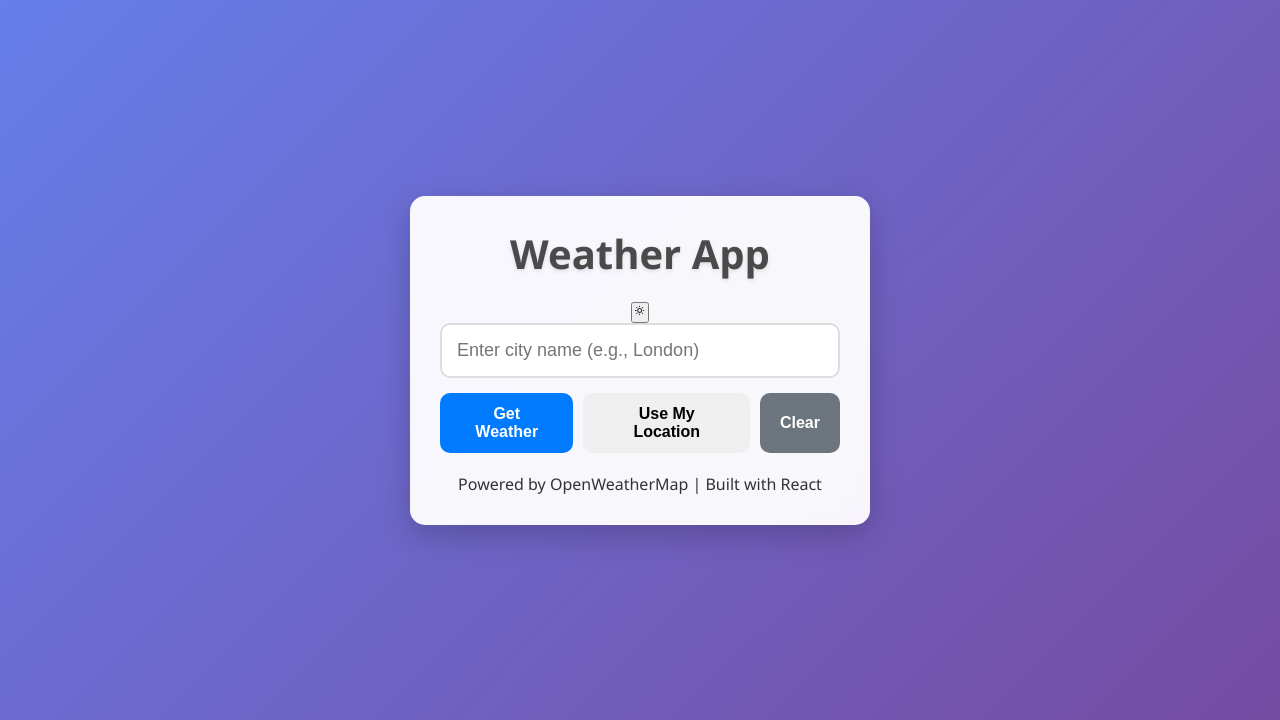
Repository: kalpna-kumari7/weather-app
Page: / (app in weather-app/)
These files come from the project's save history. The page is drawn as it stood at one moment and after a run of saves; the edit follows.
The browser window is 1280 px wide. The pictures show the whole page.
The project was rebuilt for these pictures with package versions that can differ from the ones it lists, and the page was loaded fresh each time. Also part of the build but not shown: weather-app/src/WeatherDisplay.js.

Above is the page before, as saved 2026-01-21 16:49:17.

### weather-app/public/index.html
<!DOCTYPE html>
<html lang="en">
  <head>
    <meta charset="utf-8" />
    <link rel="icon" href="%PUBLIC_URL%/logo192.png" />
    <meta name="viewport" content="width=device-width, initial-scale=1" />
    <meta name="theme-color" content="#000000" />
    <meta
      name="description"
      content="Web site created using create-react-app"
    />
    <link rel="apple-touch-icon" href="%PUBLIC_URL%/logo192.png" />
    <!--
      manifest.json provides metadata used when your web app is installed on a
      user's mobile device or desktop. See https://developers.google.com/web/fundamentals/web-app-manifest/
    -->
    <link rel="manifest" href="%PUBLIC_URL%/manifest.json" />
    <!--
      Notice the use of %PUBLIC_URL% in the tags above.
      It will be replaced with the URL of the `public` folder during the build.
      Only files inside the `public` folder can be referenced from the HTML.

      Unlike "/favicon.ico" or "favicon.ico", "%PUBLIC_URL%/favicon.ico" will
      work correctly both with client-side routing and a non-root public URL.
      Learn how to configure a non-root public URL by running `npm run build`.
    -->
    <title>Weather</title>
  </head>
  <body>
    <noscript>You need to enable JavaScript to run this app.</noscript>
    <div id="root"></div>
    <!--
      This HTML file is a template.
      If you open it directly in the browser, you will see an empty page.

      You can add webfonts, meta tags, or analytics to this file.
      The build step will place the bundled scripts into the <body> tag.

      To begin the development, run `npm start` or `yarn start`.
      To create a production bundle, use `npm run build` or `yarn build`.
    -->
  </body>
</html>

### weather-app/src/App.js
import React, { useState, useEffect } from 'react';
import axios from 'axios';
import WeatherDisplay from './WeatherDisplay';
import { ClipLoader } from 'react-spinners';
import { WiDaySunny, WiNightClear } from 'react-icons/wi';
import './App.css';

const API_KEY = '4e1439739cb3aaf8adabd5b23b4f1970'; // API key
const API_URL = 'https://api.openweathermap.org/data/2.5/weather';


function App() {
  const [city, setCity] = useState('');
  const [weather, setWeather] = useState(null);
  const [error, setError] = useState('');
  const [loading, setLoading] = useState(false);
  const [darkMode, setDarkMode] = useState(false); // New: Dark mode state

  // Toggle dark mode
  const toggleDarkMode = () => {
    setDarkMode(!darkMode);
  };

  // Apply dark mode class to body
  useEffect(() => {
    document.body.className = darkMode ? 'dark' : 'light';
  }, [darkMode]);

  const fetchWeather = async (lat = null, lon = null) => {
    setLoading(true);
    try {
      let url = `${API_URL}?appid=${API_KEY}&units=metric`;
      if (lat && lon) {
        url += `&lat=${lat}&lon=${lon}`;
      } else {
        url += `&q=${city}`;
      }
      const response = await axios.get(url);
      setWeather(response.data);
      setError('');
    } catch (err) {
      setError('Unable to fetch weather. Check city name or try again.');
      setWeather(null);
    } finally {
      setLoading(false);
    }
  };

  const handleSubmit = (e) => {
    e.preventDefault();
    if (city) fetchWeather();
  };

  const handleGeolocation = () => {
    if (navigator.geolocation) {
      navigator.geolocation.getCurrentPosition(
        (position) => {
          const { latitude, longitude } = position.coords;
          fetchWeather(latitude, longitude);
        },
        () => setError('Geolocation access denied. Please enter a city.')
      );
    } else {
      setError('Geolocation not supported by this browser.');
    }
  };

  const handleClear = () => {
    setCity('');
    setWeather(null);
    setError('');
  };

  return (
    <div className="app">
      <div className="container">
        <header>
          <h1>Weather App</h1>
          <button onClick={toggleDarkMode} className="theme-toggle">
            {darkMode ? <WiNightClear /> : <WiDaySunny />}
          </button>
        </header>
        <form onSubmit={handleSubmit} className="form">
          <input
            type="text"
            placeholder="Enter city name (e.g., London)"
            value={city}
            onChange={(e) => setCity(e.target.value)}
            className="input"
          />
          <div className="button-group">
            <button type="submit" className="button primary" disabled={loading}>
              {loading ? 'Fetching...' : 'Get Weather'}
            </button>
            <button type="button" onClick={handleGeolocation} className="button geo">
              Use My Location
            </button>
            <button type="button" onClick={handleClear} className="button secondary">
              Clear
            </button>
          </div>
        </form>
        {loading && <ClipLoader color={darkMode ? '#fff' : '#007bff'} size={50} className="spinner" />}
        {error && (
          <div className="error">
            <span>⚠️</span> {error}
            <button onClick={() => setError('')} className="retry">Dismiss</button>
          </div>
        )}
        {weather && <WeatherDisplay weather={weather} darkMode={darkMode} />}
        <footer>
          <p>Powered by OpenWeatherMap | Built with React</p>
        </footer>
      </div>
    </div>
  );
}

export default App;

### weather-app/src/App.css
/* Global styles */
* {
  box-sizing: border-box;
  margin: 0;
  padding: 0;
}

body {
  font-family: 'Segoe UI', Tahoma, Geneva, Verdana, sans-serif;
  background: linear-gradient(135deg, #667eea 0%, #764ba2 100%); /* Gradient background */
  color: #333;
  min-height: 100vh;
  display: flex;
  align-items: center;
  justify-content: center;
}

.app {
  width: 100%;
  max-width: 500px;
  padding: 20px;
}

.container {
  background: rgba(255, 255, 255, 0.95); /* Semi-transparent white background */
  border-radius: 15px;
  box-shadow: 0 10px 30px rgba(0, 0, 0, 0.2);
  padding: 30px;
  text-align: center;
  backdrop-filter: blur(10px); /* Glassmorphism effect */
}

h1 {
  font-size: 2.5rem;
  margin-bottom: 20px;
  color: #4a4a4a;
  text-shadow: 0 2px 4px rgba(0, 0, 0, 0.1);
}

.form {
  display: flex;
  flex-direction: column;
  gap: 15px;
  margin-bottom: 20px;
}

.input {
  padding: 15px;
  font-size: 18px;
  border: 2px solid #ddd;
  border-radius: 10px;
  outline: none;
  transition: border-color 0.3s ease;
}

.input:focus {
  border-color: #007bff;
  box-shadow: 0 0 5px rgba(0, 123, 255, 0.5);
}

.button-group {
  display: flex;
  gap: 10px;
  justify-content: center;
}

.button {
  padding: 12px 20px;
  font-size: 16px;
  border: none;
  border-radius: 10px;
  cursor: pointer;
  transition: all 0.3s ease;
  font-weight: bold;
}

.button.primary {
  background-color: #007bff;
  color: white;
}

.button.primary:hover {
  background-color: #0056b3;
  transform: translateY(-2px);
}

.button.secondary {
  background-color: #6c757d;
  color: white;
}

.button.secondary:hover {
  background-color: #545b62;
  transform: translateY(-2px);
}

.button:disabled {
  background-color: #ccc;
  cursor: not-allowed;
  transform: none;
}

.error {
  color: #dc3545;
  font-weight: bold;
  margin: 10px 0;
  display: flex;
  align-items: center;
  justify-content: center;
  gap: 5px;
}

.weather-card {
  background: #f8f9fa;
  border-radius: 15px;
  padding: 20px;
  margin-top: 20px;
  box-shadow: 0 5px 15px rgba(0, 0, 0, 0.1);
  animation: fadeIn 0.5s ease-in;
}

@keyframes fadeIn {
  from { opacity: 0; transform: translateY(20px); }
  to { opacity: 1; transform: translateY(0); }
}

.weather-main {
  display: flex;
  align-items: center;
  justify-content: center;
  gap: 20px;
  margin-bottom: 15px;
}

.weather-icon {
  width: 80px;
  height: 80px;
}

.weather-details {
  text-align: left;
}

.temp {
  font-size: 2rem;
  font-weight: bold;
  color: #007bff;
  display: flex;
  align-items: center;
  gap: 5px;
}

.desc {
  font-size: 1.2rem;
  text-transform: capitalize;
  color: #6c757d;
}

.weather-extra {
  font-size: 1.1rem;
  color: #495057;
}

.weather-extra p {
  display: flex;
  align-items: center;
  justify-content: center;
  gap: 5px;
}

/* Responsive design */
@media (max-width: 768px) {
  .container {
    padding: 20px;
  }
  h1 {
    font-size: 2rem;
  }
  .weather-main {
    flex-direction: column;
    gap: 10px;
  }
  .button-group {
    flex-direction: column;
  }
}

Loaded but not shown: weather-app/src/index.js (common file); weather-app/src/index.css (common file); weather-app/src/reportWebVitals.js (common file)

After the next 2 saves:
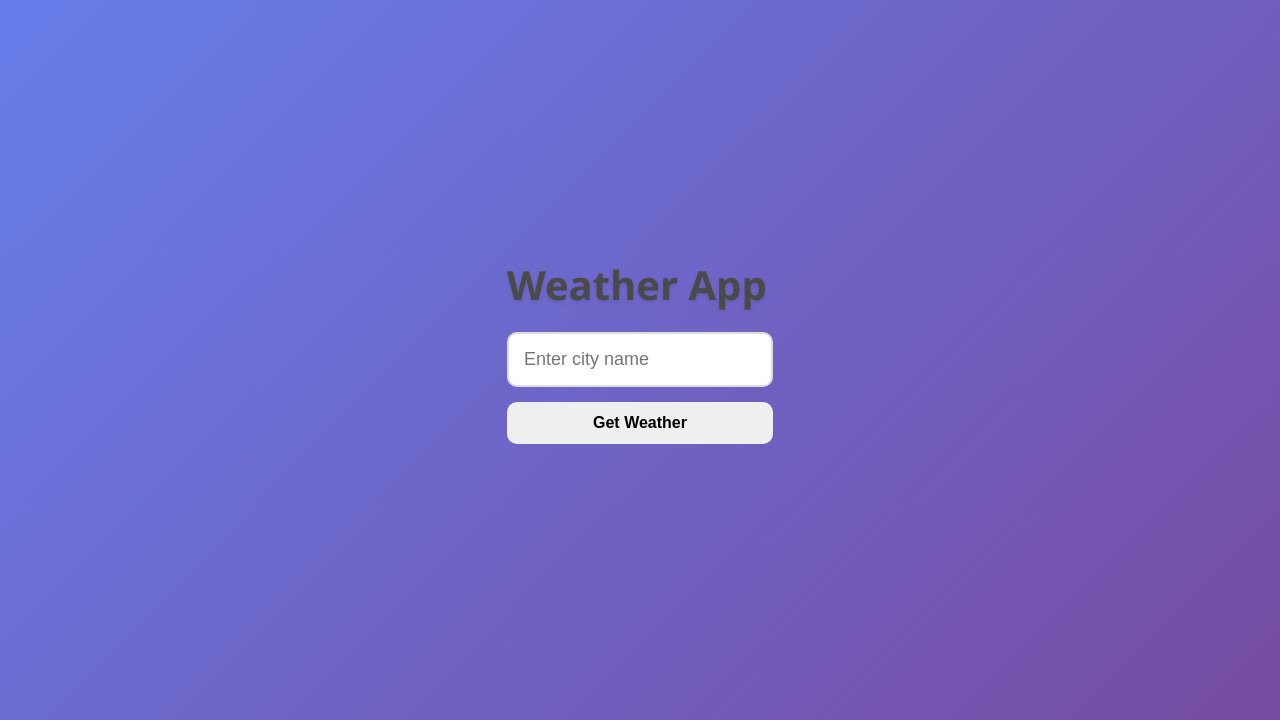
The 2 saves are shown as one change because they came seconds apart.
The last was saved 5 s later.
--- a/weather-app/src/App.js
+++ b/weather-app/src/App.js
@@ -1,117 +1,48 @@
-import React, { useState, useEffect } from 'react';
+import React, { useState } from 'react';
 import axios from 'axios';
 import WeatherDisplay from './WeatherDisplay';
-import { ClipLoader } from 'react-spinners';
-import { WiDaySunny, WiNightClear } from 'react-icons/wi';
 import './App.css';
 
 const API_KEY = '4e1439739cb3aaf8adabd5b23b4f1970'; // API key
 const API_URL = 'https://api.openweathermap.org/data/2.5/weather';
 
-
 function App() {
   const [city, setCity] = useState('');
   const [weather, setWeather] = useState(null);
   const [error, setError] = useState('');
-  const [loading, setLoading] = useState(false);
-  const [darkMode, setDarkMode] = useState(false); // New: Dark mode state
 
-  // Toggle dark mode
-  const toggleDarkMode = () => {
-    setDarkMode(!darkMode);
-  };
-
-  // Apply dark mode class to body
-  useEffect(() => {
-    document.body.className = darkMode ? 'dark' : 'light';
-  }, [darkMode]);
-
-  const fetchWeather = async (lat = null, lon = null) => {
-    setLoading(true);
+  const fetchWeather = async () => {
+    if (!city) return;
     try {
-      let url = `${API_URL}?appid=${API_KEY}&units=metric`;
-      if (lat && lon) {
-        url += `&lat=${lat}&lon=${lon}`;
-      } else {
-        url += `&q=${city}`;
-      }
-      const response = await axios.get(url);
+      const response = await axios.get(`${API_URL}?q=${city}&appid=${API_KEY}&units=metric`);
       setWeather(response.data);
       setError('');
     } catch (err) {
-      setError('Unable to fetch weather. Check city name or try again.');
+      setError('City not found or API error. Please try again.');
       setWeather(null);
-    } finally {
-      setLoading(false);
     }
   };
 
   const handleSubmit = (e) => {
     e.preventDefault();
-    if (city) fetchWeather();
-  };
-
-  const handleGeolocation = () => {
-    if (navigator.geolocation) {
-      navigator.geolocation.getCurrentPosition(
-        (position) => {
-          const { latitude, longitude } = position.coords;
-          fetchWeather(latitude, longitude);
-        },
-        () => setError('Geolocation access denied. Please enter a city.')
-      );
-    } else {
-      setError('Geolocation not supported by this browser.');
-    }
-  };
-
-  const handleClear = () => {
-    setCity('');
-    setWeather(null);
-    setError('');
+    fetchWeather();
   };
 
   return (
     <div className="app">
-      <div className="container">
-        <header>
-          <h1>Weather App</h1>
-          <button onClick={toggleDarkMode} className="theme-toggle">
-            {darkMode ? <WiNightClear /> : <WiDaySunny />}
-          </button>
-        </header>
-        <form onSubmit={handleSubmit} className="form">
-          <input
-            type="text"
-            placeholder="Enter city name (e.g., London)"
-            value={city}
-            onChange={(e) => setCity(e.target.value)}
-            className="input"
-          />
-          <div className="button-group">
-            <button type="submit" className="button primary" disabled={loading}>
-              {loading ? 'Fetching...' : 'Get Weather'}
-            </button>
-            <button type="button" onClick={handleGeolocation} className="button geo">
-              Use My Location
-            </button>
-            <button type="button" onClick={handleClear} className="button secondary">
-              Clear
-            </button>
-          </div>
-        </form>
-        {loading && <ClipLoader color={darkMode ? '#fff' : '#007bff'} size={50} className="spinner" />}
-        {error && (
-          <div className="error">
-            <span>⚠️</span> {error}
-            <button onClick={() => setError('')} className="retry">Dismiss</button>
-          </div>
-        )}
-        {weather && <WeatherDisplay weather={weather} darkMode={darkMode} />}
-        <footer>
-          <p>Powered by OpenWeatherMap | Built with React</p>
-        </footer>
-      </div>
+      <h1>Weather App</h1>
+      <form onSubmit={handleSubmit} className="form">
+        <input
+          type="text"
+          placeholder="Enter city name"
+          value={city}
+          onChange={(e) => setCity(e.target.value)}
+          className="input"
+        />
+        <button type="submit" className="button">Get Weather</button>
+      </form>
+      {error && <p className="error">{error}</p>}
+      {weather && <WeatherDisplay weather={weather} />}
     </div>
   );
 }
